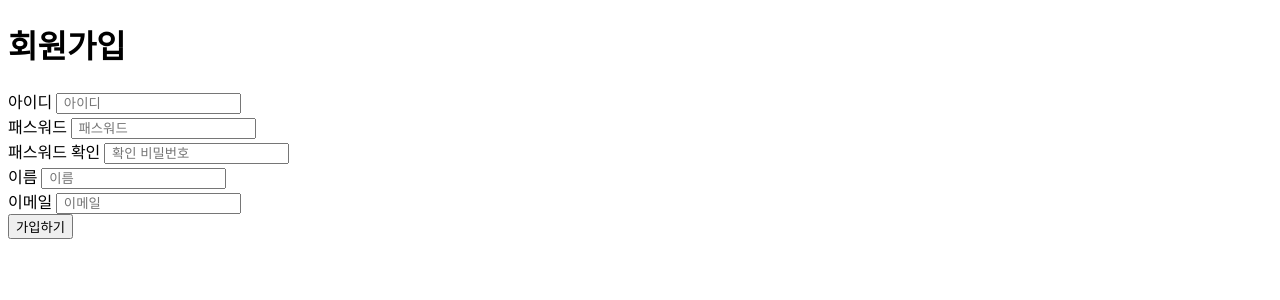
Repository: kayoyo/jsp
Page: http://localhost/BoardWeb_4/join
These files come from the project's save history. The page is drawn as it stood at one moment and after the next save; the edit follows.
The browser window is 1280 px wide. The pictures show the whole page.
The page is served by Tomcat 9. Other server files are loaded and not shown.

Above is the page before, as saved 2020-08-28 07:30:32.

### BoardWeb_4/WebContent/WEB-INF/jsp/user/join.jsp
<%@ page language="java" contentType="text/html; charset=UTF-8"
    pageEncoding="UTF-8"%>
<!DOCTYPE html>
<html>
<head>
<meta charset="UTF-8">
<title>회원가입</title>
<style>
	#container {width: 500px;}
	#container > h1
	.err {color: red;}

</style>
</head>
<body>
	<div id="container">
	<h1>회원가입</h1>
	<div class="err">${msg}</div>
	<form id="frm" action="/join" method="post" onsubmit="return check()">
	<div id="uID">
		<label>아이디
			<input type="text" name="user_id" placeholder=" 아이디" required value="${data.user_id}">
		</label>
	</div>
	<div id="uPw">
		<label>패스워드
			<input type="password" name="user_pw" placeholder=" 패스워드" required>
		</label>
	</div>
	<div id="uPwE">
		<label>패스워드 확인
			<input type="password" name="user_pwEtc" placeholder=" 확인 비밀번호">
		</label>
	</div>
	<div id="uNm">
		<label>이름
			<input type="text" name="user_name" placeholder=" 이름" required value="${data.user_name}">
		</label>
	</div>
	<div id="uEm">
		<label>이메일
			<input type="email" name="user_email" placeholder=" 이메일" value="${data.user_email}">
		</label>
	</div>
	<div id="btn">
			<input type="submit" value="가입하기">
	</div>
	</form>
	</div>
	<script>
	function check(){
		if(frm.user_id.value.length < 5){
			alert('아이디는 5글자 이상이 되어야 합니다.')
			frm.user_id.focus()
			return false
		} else if(frm.user_pw.value.length < 5){
			alert('비밀번호는 5글자 이상이 되어야 합니다.')
			frm.user_pw.focus()
			return false
		} else if(frm.user_pw.value != frm.user_pwEtc.value){
			alert('확인 비밀번호를 다시 입력 해 주세요.')
			frm.user_pw.focus()
			return false
		} else if(frm.user_name.value.length > 0){
			const korean = /[^가-힣]/;
			const result = korean.test(frm.user_name.value)
			if(result){
				alert('이름은 한글만 입력 해 주세요.')
				frm.user_name.focus()
				return false
			}
		} if(frm.user_email.value.length > 0){
			const email = /^[0-9a-zA-Z]([-_\.]?[0-9a-zA-Z])*@[0-9a-zA-Z]([-_\.]?[0-9a-zA-Z])*\.[a-zA-Z]{2,3}$/i
			if(!email.test(frm.user_email.value)){
				alert('이메일을 확인 해 주세요.')
				frm.user_email.focus()
				return false
				}
			}

		}

	</script>
</body>
</html>

### BoardWeb_4/src/com/koreait/pjt/user/JoinSer.java
package com.koreait.pjt.user;

import java.io.IOException;
import javax.servlet.ServletException;
import javax.servlet.annotation.WebServlet;
import javax.servlet.http.HttpServlet;
import javax.servlet.http.HttpServletRequest;
import javax.servlet.http.HttpServletResponse;

import com.koreait.pjt.MyUtils;
import com.koreait.pjt.ViewResolver;
import com.koreait.pjt.db.UserDAO;
import com.koreait.pjt.vo.UserVO;


@WebServlet("/join")
public class JoinSer extends HttpServlet {
	private static final long serialVersionUID = 1L;


	protected void doGet(HttpServletRequest request, HttpServletResponse response) throws ServletException, IOException {
		//get은 화면 띄울 때(select만 get에서 처리)

		ViewResolver.forword("user/join", request, response); //user폴더안에 join jsp파일
	}

	protected void doPost(HttpServletRequest request, HttpServletResponse response) throws ServletException, IOException {
		//post는 화면 처리
		String user_id = request.getParameter("user_id");
		String user_pw = request.getParameter("user_pw");
		String encrypt_pw = MyUtils.encryptString(user_pw);
		String user_name = request.getParameter("user_name");
		String user_email = request.getParameter("user_email");

		UserVO param = new UserVO();
		param.setUser_id(user_id);
		param.setUser_pw(encrypt_pw);
		param.setUser_name(user_name);
		param.setUser_email(user_email);

		int result = UserDAO.insUser(param);
		System.out.println("result : " + result);

		if(result != 1) {
			request.setAttribute("msg", "에러가 발생했습니다.");
			request.setAttribute("data", param);

			doGet(request, response);
			return;
		}
		response.sendRedirect("/login");
	}

}

### BoardWeb_4/src/com/koreait/pjt/ViewResolver.java
package com.koreait.pjt;

import java.io.IOException;

import javax.servlet.ServletException;
import javax.servlet.http.HttpServlet;
import javax.servlet.http.HttpServletRequest;
import javax.servlet.http.HttpServletResponse;

public class ViewResolver {
	public static void forword(String fileNm, HttpServletRequest request, HttpServletResponse response) throws ServletException, IOException{
		String jsp = String.format("/WEB-INF/jsp/%s.jsp", fileNm);
		request.getRequestDispatcher(jsp).forward(request, response);

	}

	//로그인 체크
	public static void forwordLoginChk(String fileNm, HttpServletRequest request, HttpServletResponse response) throws ServletException, IOException {

		if(MyUtils.isLogout(request)) {
			response.sendRedirect("/login"); //로그인이 안되어 있을 때
			return;
		}
		ViewResolver.forword(fileNm, request, response);
	}

}

After the next save:
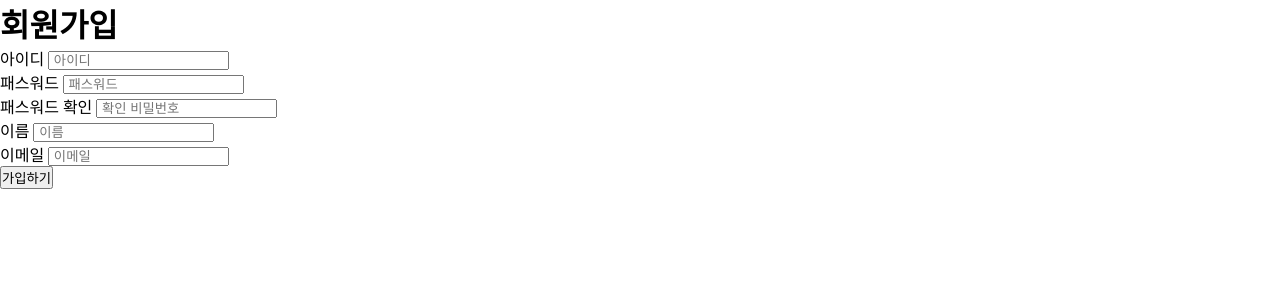
Saved 32 s later.
--- a/BoardWeb_4/WebContent/WEB-INF/jsp/user/join.jsp
+++ b/BoardWeb_4/WebContent/WEB-INF/jsp/user/join.jsp
@@ -6,10 +6,10 @@
 <meta charset="UTF-8">
 <title>회원가입</title>
 <style>
-	#container {width: 500px;}
+	#container {width: 700px;}
 	#container > h1
 	.err {color: red;}
-
+	* { margin:0; padding: 0; }
 </style>
 </head>
 <body>
